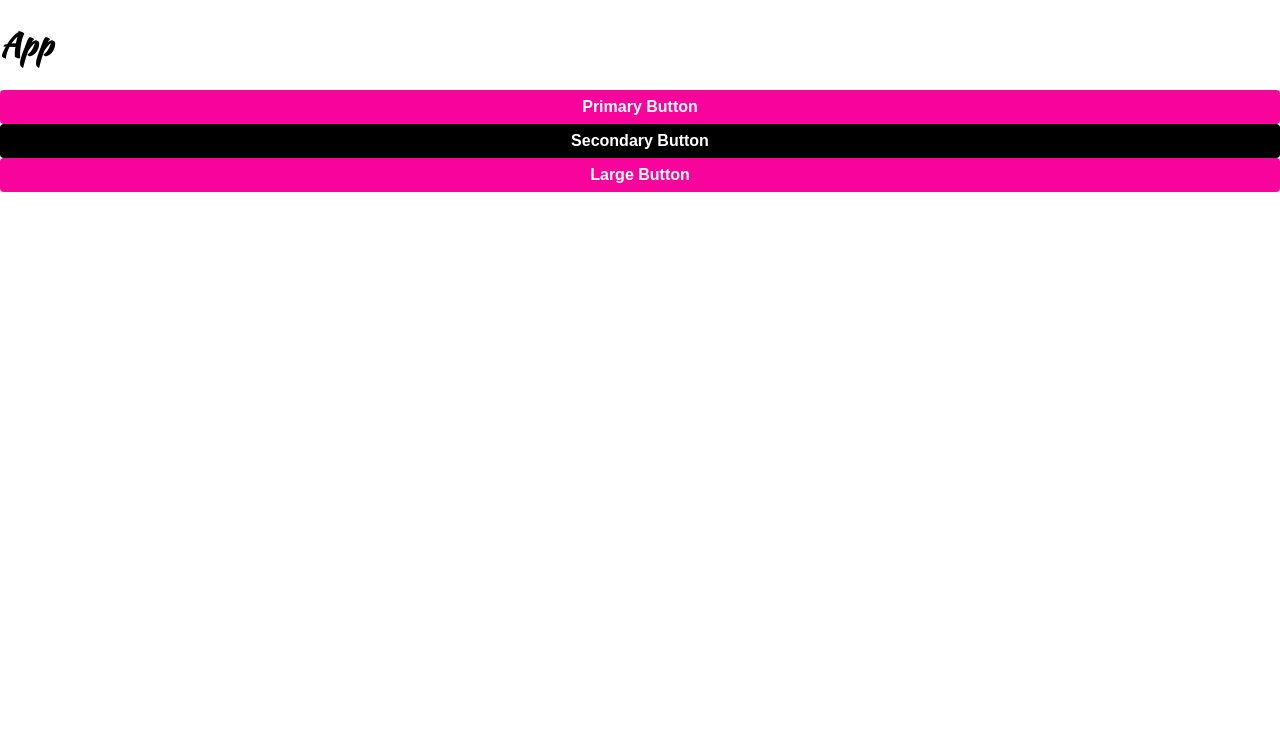
Repository: matehuslucena/styled-component-v5
Page: /
An editor plug-in stored every save of this project. The page is shown before and after the next save, followed by the edit.
The browser window is 1280 px wide. The pictures show the whole page.
The project was rebuilt for these pictures with package versions that can differ from the ones it lists, and the page was loaded fresh each time.

Above is the page before, as saved 2022-02-08 20:44:13.

### public/index.html
<!DOCTYPE html>
<html lang="en">
  <head>
    <meta charset="utf-8" />
    <link rel="icon" href="%PUBLIC_URL%/favicon.ico" />
    <meta name="viewport" content="width=device-width, initial-scale=1" />
    <meta name="theme-color" content="#000000" />
    <meta
      name="description"
      content="Web site created using create-react-app"
    />
    <link rel="apple-touch-icon" href="%PUBLIC_URL%/logo192.png" />
    <!--
      manifest.json provides metadata used when your web app is installed on a
      user's mobile device or desktop. See https://developers.google.com/web/fundamentals/web-app-manifest/
    -->
    <link rel="manifest" href="%PUBLIC_URL%/manifest.json" />
    <!--
      Notice the use of %PUBLIC_URL% in the tags above.
      It will be replaced with the URL of the `public` folder during the build.
      Only files inside the `public` folder can be referenced from the HTML.

      Unlike "/favicon.ico" or "favicon.ico", "%PUBLIC_URL%/favicon.ico" will
      work correctly both with client-side routing and a non-root public URL.
      Learn how to configure a non-root public URL by running `npm run build`.
    -->
    <title>React App</title>
    <link rel="preconnect" href="https://fonts.googleapis.com">
    <link rel="preconnect" href="https://fonts.gstatic.com" crossorigin>
    <link href="https://fonts.googleapis.com/css2?family=Kaushan+Script&display=swap" rel="stylesheet">
  </head>
  <body>
    <noscript>You need to enable JavaScript to run this app.</noscript>
    <div id="root"></div>
    <!--
      This HTML file is a template.
      If you open it directly in the browser, you will see an empty page.

      You can add webfonts, meta tags, or analytics to this file.
      The build step will place the bundled scripts into the <body> tag.

      To begin the development, run `npm start` or `yarn start`.
      To create a production bundle, use `npm run build` or `yarn build`.
    -->
  </body>
</html>

### src/index.js
import React from 'react';
import ReactDOM from 'react-dom';
import './index.css';
import App from 'components/App';
import reportWebVitals from './reportWebVitals';

ReactDOM.render(
  <React.StrictMode>
    <App />
  </React.StrictMode>,
  document.getElementById('root')
);

// If you want to start measuring performance in your app, pass a function
// to log results (for example: reportWebVitals(console.log))
// or send to an analytics endpoint. Learn more: https://bit.ly/CRA-vitals
reportWebVitals();

### src/components/App.js
import React from "react";
import {Button} from "components/common";
import {createGlobalStyle} from 'styled-components';

const GlobalStyle = createGlobalStyle`
  body{
    background: white;
    min-height: 100vh;
    margin: 0;
    color: black;
    font-family: 'Kaushan Script';
  }
`

function App() {
  return (
    <>
      <GlobalStyle />
      <h1>App</h1>
      <Button>Primary Button</Button>
      <Button secondary>Secondary Button</Button>
      <Button large>Large Button</Button>
    </>
  );
}

export default App;

### src/components/common/Button.js
import styled from 'styled-components';

const Button = styled.button`
  color: white;
  background: ${p => p.secondary ? 'black': '#f8049c'};
  font-weight: bold;
  padding: 8px;
  border-radius: 4px;
  box-shadow: none;
  font-size: 1em;
  border: none;
  width: 100%;
  display: block;
  white-space: none;

  &:disabled{
    background: #eee;
    color: #666;
  }
`;

export {Button};

Loaded but not shown: src/index.css (common file); src/reportWebVitals.js (common file); src/components/common/index.js (common file)

After the next save:
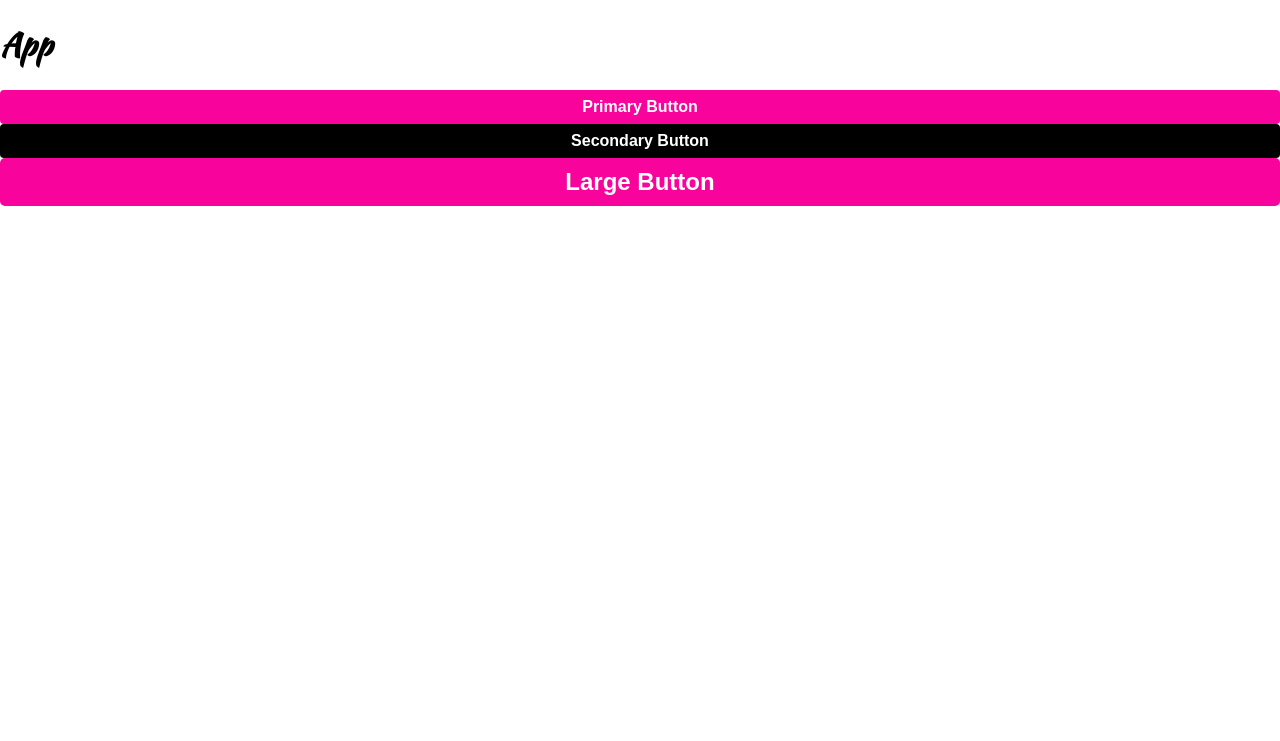
Saved 67 s later.
--- a/src/components/common/Button.js
+++ b/src/components/common/Button.js
@@ -1,13 +1,19 @@
-import styled from 'styled-components';
+import styled, {css} from 'styled-components';
 
 const Button = styled.button`
   color: white;
   background: ${p => p.secondary ? 'black': '#f8049c'};
   font-weight: bold;
+  ${p => p.large ? css`
+  padding: 10px;
+  border-radius: 5px;
+  font-size: 1.5em;
+  ` : css`
   padding: 8px;
   border-radius: 4px;
+  font-size: 1em;
+  `}
   box-shadow: none;
-  font-size: 1em;
   border: none;
   width: 100%;
   display: block;
